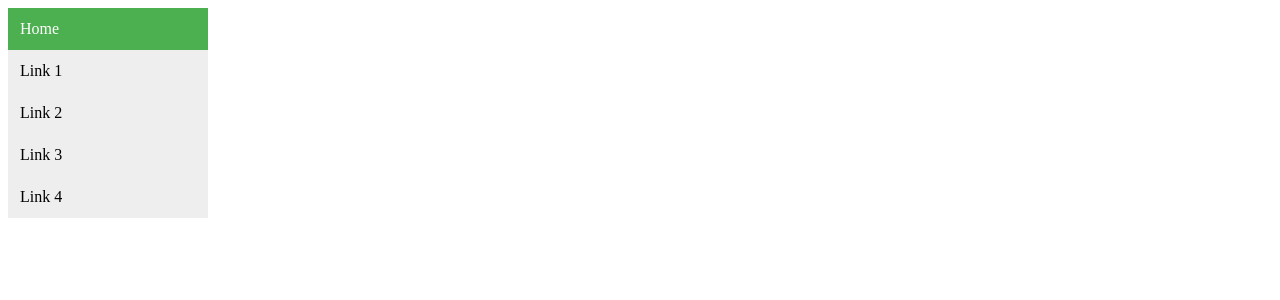
Repository: Shivani2392/FlyAwayProject
Page: http://localhost/FlightBookingPortal/WelcomeAdmin.jsp
The author's editor kept a copy of each file at every save. The page is drawn from the files as they stood at one save, then again after the next save.
The browser window is 1280 px wide. The pictures show the whole page.
The page is served by Tomcat 9.

Above is the page before, as saved 2020-11-22 07:14:51.

After the next save:
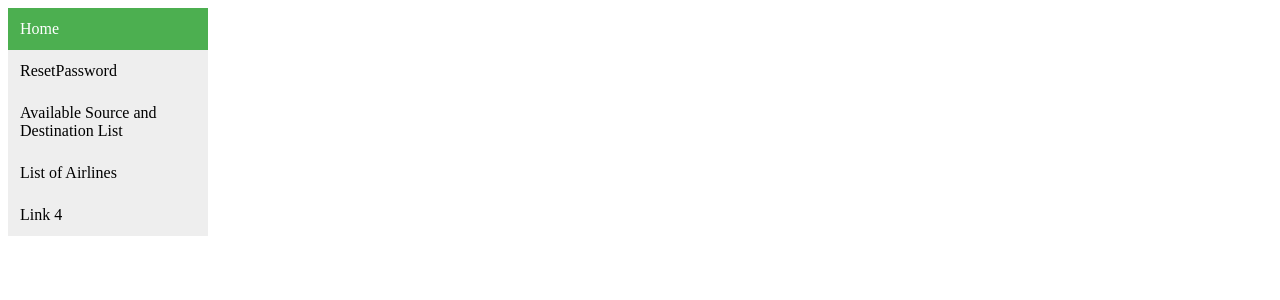
Saved 67 s later.
--- a/FlightBookingPortal/src/main/webapp/WelcomeAdmin.jsp
+++ b/FlightBookingPortal/src/main/webapp/WelcomeAdmin.jsp
@@ -32,9 +32,9 @@
 
 <div class="vertical-menu">
   <a href="#" class="active">Home</a>
-  <a href="#">Link 1</a>
-  <a href="#">Link 2</a>
-  <a href="#">Link 3</a>
+  <a href="#">ResetPassword</a>
+  <a href="#">Available Source and Destination List</a>
+  <a href="#">List of Airlines</a>
   <a href="#">Link 4</a>
 </div>
 
